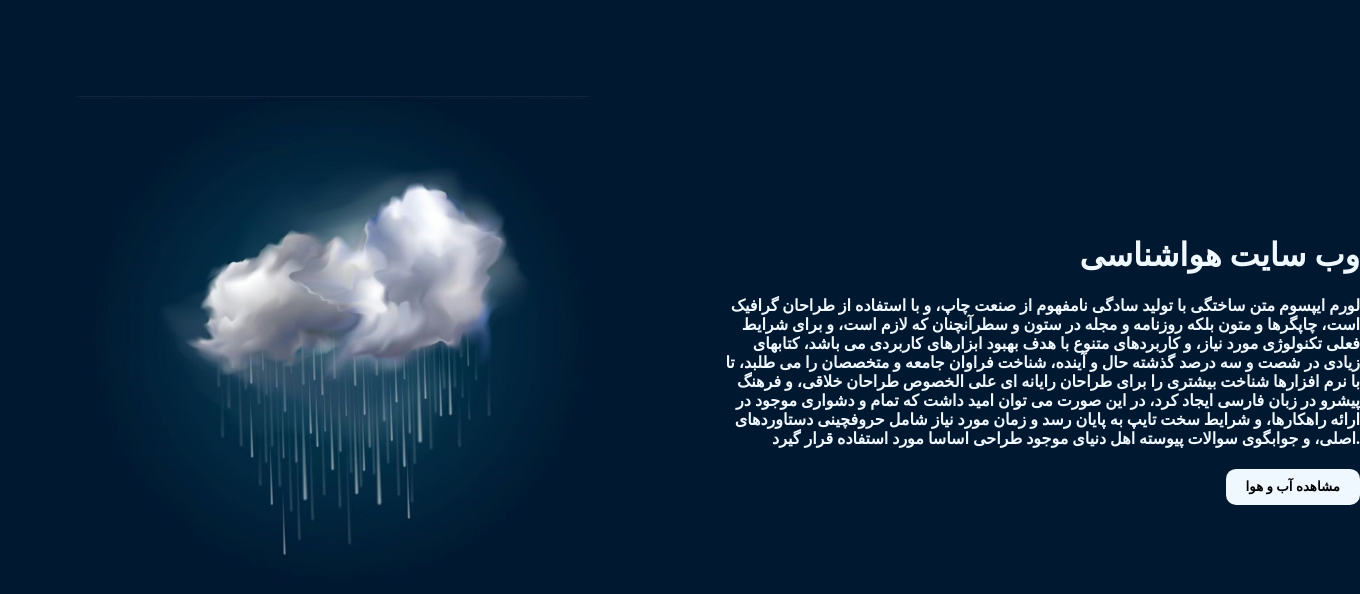
Repository: fateme81yosefi/weather
Page: landing/Landing.html
These files come from the project's save history. The page is drawn as it stood at one moment and after a run of saves; the edit follows.
The browser window is 1280 px wide. The page is 1360 px wide, then 1296 px, so the pictures cover 1360 px, including what lies to the right of the window. The pictures show the whole page.
Some web fonts or font styles are not loaded; a fallback is used.

Above is the page before, as saved 2025-02-02 16:51:45.

### landing/Landing.html
<!doctype html>
<html lang="en">

<head>
    <meta charset="utf-8">
    <meta name="viewport" content="width=device-width,initial-scale=1">
    <link rel="stylesheet" href="./style/landing.css">
    <link href="https://cdn.jsdelivr.net/gh/rastikerdar/vazir-font@v27.1.0/dist/font-face.css" rel="stylesheet"
        type="text/css" />


    <title>هواشناسی</title>
</head>

<body>
    <div class="container-landing">
        <div class="contain-btn">
            <h1>وب سایت هواشناسی</h1>
            <h4>لورم ایپسوم متن ساختگی با تولید سادگی نامفهوم از صنعت چاپ، و با استفاده از طراحان گرافیک است، چاپگرها و
                متون بلکه روزنامه و مجله در ستون و سطرآنچنان که لازم است، و برای شرایط فعلی تکنولوژی مورد نیاز، و
                کاربردهای متنوع با هدف بهبود ابزارهای کاربردی می باشد، کتابهای زیادی در شصت و سه درصد گذشته حال و آینده،
                شناخت فراوان جامعه و متخصصان را می طلبد، تا با نرم افزارها شناخت بیشتری را برای طراحان رایانه ای علی
                الخصوص طراحان خلاقی، و فرهنگ پیشرو در زبان فارسی ایجاد کرد، در این صورت می توان امید داشت که تمام و
                دشواری موجود در ارائه راهکارها، و شرایط سخت تایپ به پایان رسد و زمان مورد نیاز شامل حروفچینی دستاوردهای
                اصلی، و جوابگوی سوالات پیوسته اهل دنیای موجود طراحی اساسا مورد استفاده قرار گیرد.</h4>
            <button class="go-to-weather">مشاهده آب و هوا</button>
        </div>

    </div>


    <script src="./js/landing.js"></script>
</body>

</html>

### landing/style/landing.css
@font-face {
  font-family: Vazir;
  src: url("Vazir-Regular.eot");
  src: url("Vazir-Regular.eot?#iefix") format("embedded-opentype"),
    url("Vazir-Regular.woff2") format("woff2"),
    url("Vazir-Regular.woff") format("woff"),
    url("Vazir-Regular.ttf") format("truetype");
}

body {
  font-family: vazir;
  font-weight: bold;
  margin: 0 !important;
  padding: 0;
  overflow: hidden;
  background-color: #001830;
}
.container-landing {
  background-image: url("../images/bg.jpg");
  background-position: center;
  background-size: 100%;
  background-repeat: no-repeat;
  height: 100vh;
  margin: 0;
  padding: 0;
}

.contain-btn {
  text-align: right;
  position: absolute;
  top: 50%;
  left: 50%;
  transform: translate(-50%, -50%) translateX(400px);
  color: aliceblue;
}
.go-to-weather {
  background-color: aliceblue;
  border: none;
  border-radius: 10px;
  padding: 10px 20px;
  font-family: vazir;
  font-weight: bold;
}
@media screen and (min-width: 1200px) {
  .container-landing {
    background-position: left;
    background-size: 40%;
    background-position: 10%;
  }
}

Loaded but not shown: landing/js/landing.js (no stored copy; drawn as an empty file)

After the next 2 saves:
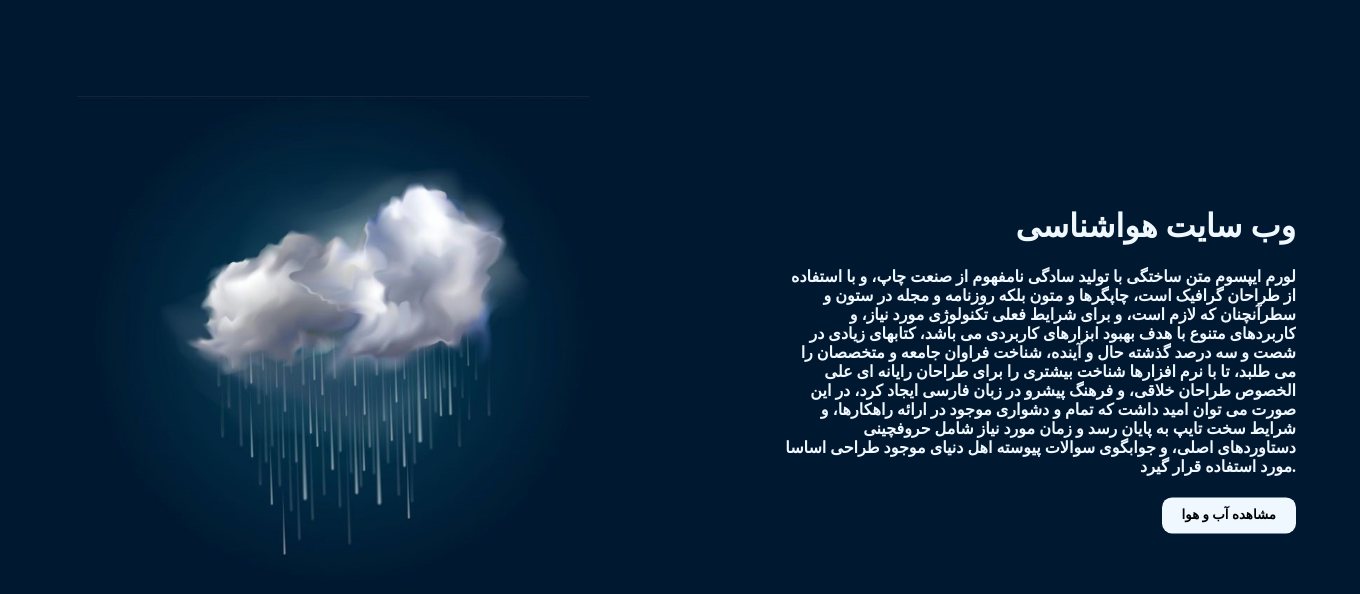
The 2 saves are shown as one change because they came seconds apart.
The last was saved 21 s later.
--- a/landing/style/landing.css
+++ b/landing/style/landing.css
@@ -26,6 +26,7 @@ body {
 }
 
 .contain-btn {
+    width: 40%;
   text-align: right;
   position: absolute;
   top: 50%;
